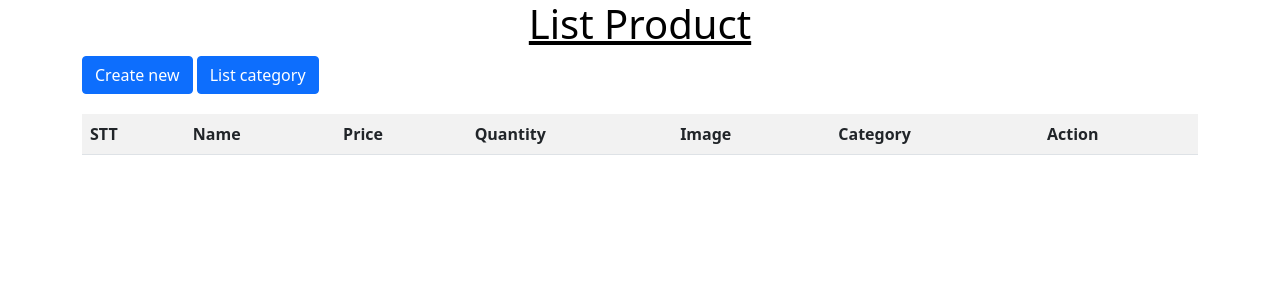
Repository: hongquan16101995/servlet-jw0124
Page: http://localhost/demo/products
These files come from the project's save history. The page is drawn as it stood at one moment and after the next save; the edit follows.
The browser window is 1280 px wide. The pictures show the whole page.
The page is served by Tomcat 9. Other server files are loaded and not shown.

Above is the page before, as saved 2024-05-21 12:02:10.

### demo/src/main/webapp/product/list.jsp
<%@ page language="java" contentType="text/html; charset=ISO-8859-1"
    pageEncoding="ISO-8859-1"%>
<%@ taglib prefix = "c" uri = "http://java.sun.com/jsp/jstl/core" %>
<!DOCTYPE html>
<html>
<head>
<meta charset="ISO-8859-1">
<title>Insert title here</title>
<link href="https://cdn.jsdelivr.net/npm/bootstrap@5.0.2/dist/css/bootstrap.min.css" rel="stylesheet" integrity="sha384-EVSTQN3/azprG1Anm3QDgpJLIm9Nao0Yz1ztcQTwFspd3yD65VohhpuuCOmLASjC" crossorigin="anonymous">
<script src="https://cdn.jsdelivr.net/npm/bootstrap@5.0.2/dist/js/bootstrap.bundle.min.js" integrity="sha384-MrcW6ZMFYlzcLA8Nl+NtUVF0sA7MsXsP1UyJoMp4YLEuNSfAP+JcXn/tWtIaxVXM" crossorigin="anonymous"></script>
<style type="text/css">
	img {
		width: 150px;
		height: 150px;
	}

	h1 {
		text-align: center;
	}

	.btn-primary {
		margin-bottom: 20px;
	}

	a {

		color: black;
	}
</style>
</head>
<body>
<div class="container">
<h1><a href="/demo/products">List Product</a></h1>
<a class="btn btn-primary" href="/demo/products?action=createGet">Create new</a>
<a class="btn btn-primary" href="/demo/categories">List category</a>
<table class="table table-striped">
	<tr>
		<th>STT</th>
		<th>Name</th>
		<th>Price</th>
		<th>Quantity</th>
		<th>Image</th>
		<th>Category</th>
		<th colspan="2">Action</th>
	</tr>
	<c:forEach items="${products}" var="p" varStatus="ps">
	<tr>
		<td>${ps.count }</td>
		<td>${p.name }</td>
		<td>${p.price }</td>
		<td>${p.quantity }</td>
		<td><img src="${p.image }"/></td>
		<td><a href="/demo/products?action=findByCategory&cId=${p.category.id }">${p.category.name }</a></td>
		<td><a class="btn btn-warning" href="/demo/products?action=updateGet&id=${p.id }">Edit</a></td>
		<td><button class="btn btn-danger" onclick="deleteProduct(${p.id })">Delete</button></td>
	</tr>
	</c:forEach>
</table>
</div>
</body>
<script>
	function deleteProduct(id) {
		if (confirm("Are you sure?")) {
			window.location.href = "http://localhost:8080/demo/products?action=deleteProduct&id=" + id
		}
	}
</script>
</html>

### demo/src/main/java/controller/ProductServlet.java
package controller;

import java.io.IOException;
import java.util.List;

import javax.servlet.ServletException;
import javax.servlet.annotation.WebServlet;
import javax.servlet.http.HttpServlet;
import javax.servlet.http.HttpServletRequest;
import javax.servlet.http.HttpServletResponse;

import model.Category;
import model.Product;
import service.CategoryService;
import service.ProductService;

/**
 * Servlet implementation class ProductServlet
 */
@WebServlet("/products")
public class ProductServlet extends HttpServlet {
	private static final long serialVersionUID = 1L;
	private ProductService productService = new ProductService();
	private CategoryService categoryService = new CategoryService();

	/**
	 * @see HttpServlet#doGet(HttpServletRequest request, HttpServletResponse response)
	 */
	protected void doGet(HttpServletRequest request, HttpServletResponse response) throws ServletException, IOException {
		// TODO Auto-generated method stub
		String action = request.getParameter("action");
		if (action == null) {
			action = "";
		}
		switch(action) {
			case "createGet":
				createGet(request, response);
				break;
			case "updateGet":
				updateGet(request, response);
				break;
			case "deleteProduct":
				deleteProduct(request, response);
				break;
			case "findByCategory":
				findByCategory(request, response);
				break;
			default:
				displayAllProduct(request, response);
				break;
		}
	}

	/**
	 * @see HttpServlet#doPost(HttpServletRequest request, HttpServletResponse response)
	 */
	protected void doPost(HttpServletRequest request, HttpServletResponse response) throws ServletException, IOException {
		// TODO Auto-generated method stub
		String action = request.getParameter("action");
		if (action == null) {
			action = "";
		}
		switch(action) {
			case "createPost":
				createPost(request, response);
				break;
			case "updatePost":
				updatePost(request, response);
				break;
		}
	}

	private void displayAllProduct(HttpServletRequest request, HttpServletResponse response) throws ServletException, IOException {
		List<Product> products = productService.getProducts();
		request.setAttribute("products", products);
		request.getRequestDispatcher("product/list.jsp").forward(request, response);
	}

	private void findByCategory(HttpServletRequest request, HttpServletResponse response) throws ServletException, IOException {
		int categoryId = Integer.parseInt(request.getParameter("cId"));
		List<Product> products = productService.findByCateogory(categoryId);
		request.setAttribute("products", products);
		request.getRequestDispatcher("product/list.jsp").forward(request, response);
	}

	private void createGet(HttpServletRequest request, HttpServletResponse response) throws ServletException, IOException {
		Product product = new Product();
		List<Category> categories = categoryService.getCategories();
		request.setAttribute("product", product);
		request.setAttribute("categories", categories);
		request.getRequestDispatcher("product/create.jsp").forward(request, response);
	}

	private void createPost(HttpServletRequest request, HttpServletResponse response) throws ServletException, IOException {
		String name = request.getParameter("name");
		double price = Double.parseDouble(request.getParameter("price"));
		int quantity = Integer.parseInt(request.getParameter("quantity"));
		String image = request.getParameter("image");
		int categoryId = Integer.parseInt(request.getParameter("cId"));
		Category category = categoryService.getById(categoryId);
		productService.createProduct(new Product(name, price, quantity, image, category));
		response.sendRedirect("/demo/products");
	}

	private void updateGet(HttpServletRequest request, HttpServletResponse response) throws ServletException, IOException {
		int id = Integer.parseInt(request.getParameter("id"));
		Product product = productService.getById(id);
		List<Category> categories = categoryService.getCategories();
		request.setAttribute("product", product);
		request.setAttribute("categories", categories);
		request.getRequestDispatcher("product/update.jsp").forward(request, response);
	}

	private void updatePost(HttpServletRequest request, HttpServletResponse response) throws ServletException, IOException {
		int id = Integer.parseInt(request.getParameter("id"));
		String name = request.getParameter("name");
		double price = Double.parseDouble(request.getParameter("price"));
		int quantity = Integer.parseInt(request.getParameter("quantity"));
		String image = request.getParameter("image");
		int categoryId = Integer.parseInt(request.getParameter("cId"));
		Category category = categoryService.getById(categoryId);
		productService.updateProduct(id, new Product(id, name, price, quantity, image, category));
		response.sendRedirect("/demo/products");
	}

	private void deleteProduct(HttpServletRequest request, HttpServletResponse response) throws ServletException, IOException {
		int id = Integer.parseInt(request.getParameter("id"));
		productService.deleteProduct(id);
		response.sendRedirect("/demo/products");
	}

}

### demo/src/main/java/DAO/CategoryDAO.java
package DAO;

import java.sql.Connection;
import java.sql.PreparedStatement;
import java.sql.ResultSet;
import java.sql.SQLException;
import java.util.ArrayList;
import java.util.List;

import connection.MyConnection;
import model.Category;

public class CategoryDAO {
	private Connection connection;
	private static final String SELECT_ALL_CATEGORY = "select * from category;";
	private static final String SELECT_BY_ID = "select * from category where id = ?;";
	private static final String INSERT_INTO = "insert into category(name) value (?);";
	private static final String UPDATE_BY_ID = "update category set name = ? where id = ?;";

	public CategoryDAO() {
		connection = MyConnection.getConnection();
	}

	public List<Category> findAll() {
		List<Category> categories = new ArrayList<>();
		try (PreparedStatement preparedStatement = connection.prepareStatement(SELECT_ALL_CATEGORY);) {
			ResultSet rs = preparedStatement.executeQuery();
			while (rs.next()) {
				int id = rs.getInt("id");
				String name = rs.getString("name");
				categories.add(new Category(id, name));
			}
		}catch (SQLException e) {
			e.printStackTrace();
		}
		return categories;
	}

	public void create(Category category) {
		try (PreparedStatement preparedStatement = connection.prepareStatement(INSERT_INTO);) {
			preparedStatement.setString(1, category.getName());
			preparedStatement.executeUpdate();
		}catch (SQLException e) {
			e.printStackTrace();
		}
	}

	public Category findById(int id) {
		try (PreparedStatement preparedStatement = connection.prepareStatement(SELECT_BY_ID);) {
			preparedStatement.setInt(1, id);
			ResultSet rs = preparedStatement.executeQuery();
			while (rs.next()) {
				int idDb = rs.getInt("id");
				String name = rs.getString("name");
				return new Category(idDb, name);
			}
		}catch (SQLException e) {
			e.printStackTrace();
		}
		return null;
	}

	public void update(int id, Category category) {
		try (PreparedStatement preparedStatement = connection.prepareStatement(UPDATE_BY_ID);) {
			preparedStatement.setString(1, category.getName());
			preparedStatement.setInt(2, id);
			preparedStatement.executeUpdate();
		}catch (SQLException e) {
			e.printStackTrace();
		}
	}
}

### demo/src/main/java/connection/MyConnection.java
package connection;

import java.sql.Connection;
import java.sql.DriverManager;
import java.sql.SQLException;

public class MyConnection {
	private static String jdbcURL ="jdbc:mysql://localhost:3306/demo?useSSL=false";
	private static String jdbcUsername = "root";
	private static String jdbcPassword = "123456";

	public static Connection getConnection() {
		Connection connection = null;

		try {
			Class.forName("com.mysql.cj.jdbc.Driver");
			connection = DriverManager.getConnection(jdbcURL, jdbcUsername, jdbcPassword);
		} catch (SQLException | ClassNotFoundException e) {
			e.printStackTrace();
		}

		return connection;
	}

}

After the next save:
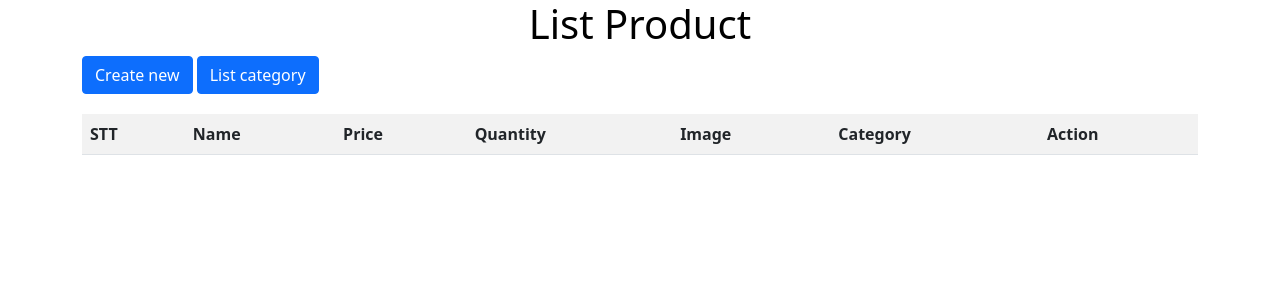
Saved 18 s later.
--- a/demo/src/main/webapp/product/list.jsp
+++ b/demo/src/main/webapp/product/list.jsp
@@ -23,7 +23,7 @@
 	}
 
 	a {
-
+		text-decoration: none;
 		color: black;
 	}
 </style>
